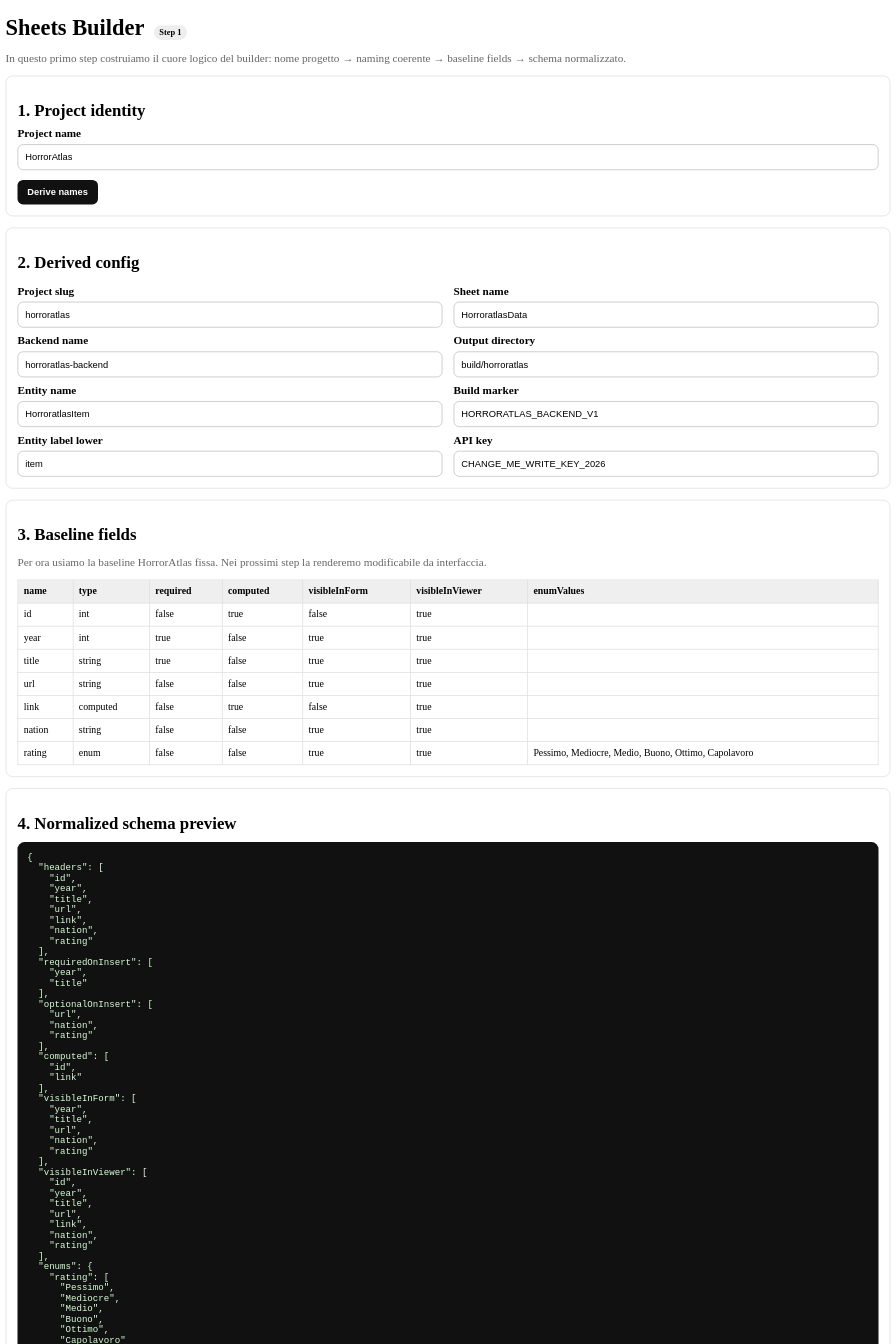
Repository: progettazionemauro/sheets.builder
Page: docs/index.html
These files come from the project's save history. The page is drawn as it stood at one moment and after a run of saves; the edit follows.
The browser window is 1280 px wide. The pictures show the part of the page from y = 0 to 1920 px (the page is 3423 px tall before and 1197 px after), at 70% of full size.

Above is the page before, as saved 2026-03-19 22:06:03.

### docs/index.html
<!DOCTYPE html>
<html lang="it">
<head>
  <meta charset="UTF-8" />
  <meta name="viewport" content="width=device-width, initial-scale=1.0" />
  <title>Sheets Builder — Step 1</title>
  <style>
    <div class="card">
  <h2>6. Generate project (JSON only)</h2>

  <button id="generateBtn">Generate JSON files</button>

  <p class="muted">
    Questo step genera i primi artefatti del builder:
    project.config.json e fields.schema.json
  </p>
</div>
    body {
      font-family: Arial, sans-serif;
      max-width: 1100px;
      margin: 24px auto;
      padding: 0 16px;
      background: #f7f7f7;
      color: #111;
    }

    h1, h2 {
      margin-bottom: 8px;
    }

    .muted {
      color: #666;
    }

    .card {
      background: #fff;
      border: 1px solid #ddd;
      border-radius: 10px;
      padding: 16px;
      margin: 16px 0;
    }

    label {
      display: block;
      margin: 10px 0 6px;
      font-weight: bold;
    }

    input, textarea {
      width: 100%;
      box-sizing: border-box;
      padding: 10px;
      border: 1px solid #bbb;
      border-radius: 8px;
      background: #fff;
    }

    button {
      margin-top: 14px;
      padding: 10px 14px;
      border: 0;
      border-radius: 8px;
      background: #111;
      color: #fff;
      font-weight: bold;
      cursor: pointer;
    }

    .grid {
      display: grid;
      grid-template-columns: 1fr 1fr;
      gap: 16px;
    }

    pre {
      background: #111;
      color: #d8ffd8;
      padding: 14px;
      border-radius: 10px;
      overflow: auto;
      white-space: pre-wrap;
    }

    table {
      width: 100%;
      border-collapse: collapse;
      margin-top: 10px;
      background: #fff;
    }

    th, td {
      border: 1px solid #ddd;
      padding: 8px;
      font-size: 14px;
      text-align: left;
    }

    th {
      background: #efefef;
    }

    .badge {
      display: inline-block;
      padding: 3px 8px;
      border-radius: 999px;
      background: #eee;
      font-size: 12px;
      margin-left: 6px;
    }
  </style>
</head>
<body>

  <h1>Sheets Builder <span class="badge">Step 1</span></h1>
  <p class="muted">
    In questo primo step costruiamo il cuore logico del builder:
    nome progetto → naming coerente → baseline fields → schema normalizzato.
  </p>

  <div class="card">
    <h2>1. Project identity</h2>

    <label for="projectName">Project name</label>
    <input id="projectName" value="HorrorAtlas" />

    <button id="deriveBtn" type="button">Derive names</button>
  </div>

  <div class="card">
    <h2>2. Derived config</h2>
    <div class="grid">
      <div>
        <label for="projectSlug">Project slug</label>
        <input id="projectSlug" />

        <label for="backendName">Backend name</label>
        <input id="backendName" />

        <label for="entityName">Entity name</label>
        <input id="entityName" />

        <label for="entityLabelLower">Entity label lower</label>
        <input id="entityLabelLower" />
      </div>

      <div>
        <label for="sheetName">Sheet name</label>
        <input id="sheetName" />

        <label for="outputDirectory">Output directory</label>
        <input id="outputDirectory" />

        <label for="buildMarker">Build marker</label>
        <input id="buildMarker" />

        <label for="apiKey">API key</label>
        <input id="apiKey" value="CHANGE_ME_WRITE_KEY_2026" />
      </div>
    </div>
  </div>

  <div class="card">
    <h2>3. Baseline fields</h2>
    <p class="muted">
      Per ora usiamo la baseline HorrorAtlas fissa. Nei prossimi step la renderemo modificabile da interfaccia.
    </p>

    <table id="fieldsTable">
      <thead>
        <tr>
          <th>name</th>
          <th>type</th>
          <th>required</th>
          <th>computed</th>
          <th>visibleInForm</th>
          <th>visibleInViewer</th>
          <th>enumValues</th>
        </tr>
      </thead>
      <tbody></tbody>
    </table>
  </div>

  <div class="card">
    <h2>4. Normalized schema preview</h2>
    <pre id="schemaOut"></pre>
  </div>

  <div class="card">
    <h2>5. Full builder state preview</h2>
    <pre id="stateOut"></pre>
  </div>

<script>
  // ============================================================
  // STEP 1 — FOUNDATION
  // ============================================================

  function slugify(value) {
    return String(value || "")
      .trim()
      .toLowerCase()
      .replace(/[^a-z0-9]+/g, "-")
      .replace(/^-+|-+$/g, "");
  }

  function screamingSnake(value) {
    return slugify(value).replace(/-/g, "_").toUpperCase();
  }

  function pascalCase(value) {
    return String(value || "")
      .replace(/[^a-zA-Z0-9]+/g, " ")
      .split(" ")
      .filter(Boolean)
      .map(part => part.charAt(0).toUpperCase() + part.slice(1).toLowerCase())
      .join("");
  }

  function buildDerived(projectName) {
    const slug = slugify(projectName) || "project";
    const entityBase = pascalCase(projectName || "Project") || "Project";

    return {
      projectName: projectName,
      projectSlug: slug,
      backendName: slug + "-backend",
      entityName: entityBase + "Item",
      entityLabelLower: "item",
      sheetName: entityBase + "Data",
      outputDirectory: "build/" + slug,
      buildMarker: screamingSnake(projectName || "project") + "_BACKEND_V1"
    };
  }

  const baselineFields = [
    {
      name: "id",
      type: "int",
      required: false,
      computed: true,
      visibleInForm: false,
      visibleInViewer: true,
      enumValues: []
    },
    {
      name: "year",
      type: "int",
      required: true,
      computed: false,
      visibleInForm: true,
      visibleInViewer: true,
      enumValues: []
    },
    {
      name: "title",
      type: "string",
      required: true,
      computed: false,
      visibleInForm: true,
      visibleInViewer: true,
      enumValues: []
    },
    {
      name: "url",
      type: "string",
      required: false,
      computed: false,
      visibleInForm: true,
      visibleInViewer: true,
      enumValues: []
    },
    {
      name: "link",
      type: "computed",
      required: false,
      computed: true,
      visibleInForm: false,
      visibleInViewer: true,
      enumValues: []
    },
    {
      name: "nation",
      type: "string",
      required: false,
      computed: false,
      visibleInForm: true,
      visibleInViewer: true,
      enumValues: []
    },
    {
      name: "rating",
      type: "enum",
      required: false,
      computed: false,
      visibleInForm: true,
      visibleInViewer: true,
      enumValues: [
        "Pessimo",
        "Mediocre",
        "Medio",
        "Buono",
        "Ottimo",
        "Capolavoro"
      ]
    }
  ];

  function normalizeSchema(fields) {
    const headers = [];
    const requiredOnInsert = [];
    const optionalOnInsert = [];
    const computed = [];
    const enumMap = {};
    const visibleInForm = [];
    const visibleInViewer = [];

    fields.forEach(field => {
      headers.push(field.name);

      if (field.computed) {
        computed.push(field.name);
      } else if (field.required) {
        requiredOnInsert.push(field.name);
      } else {
        optionalOnInsert.push(field.name);
      }

      if (field.visibleInForm) {
        visibleInForm.push(field.name);
      }

      if (field.visibleInViewer) {
        visibleInViewer.push(field.name);
      }

      if (field.type === "enum" && field.enumValues.length > 0) {
        enumMap[field.name] = field.enumValues;
      }
    });

    return {
      headers,
      requiredOnInsert,
      optionalOnInsert,
      computed,
      visibleInForm,
      visibleInViewer,
      enums: enumMap
    };
  }

  function getBuilderState() {
    return {
      projectName: document.getElementById("projectName").value.trim(),
      projectSlug: document.getElementById("projectSlug").value.trim(),
      backendName: document.getElementById("backendName").value.trim(),
      entityName: document.getElementById("entityName").value.trim(),
      entityLabelLower: document.getElementById("entityLabelLower").value.trim(),
      sheetName: document.getElementById("sheetName").value.trim(),
      outputDirectory: document.getElementById("outputDirectory").value.trim(),
      buildMarker: document.getElementById("buildMarker").value.trim(),
      apiKey: document.getElementById("apiKey").value.trim(),
      fields: baselineFields
    };
  }

  function renderFieldsTable(fields) {
    const tbody = document.querySelector("#fieldsTable tbody");
    tbody.innerHTML = "";

    fields.forEach(field => {
      const tr = document.createElement("tr");
      tr.innerHTML = `
        <td>${field.name}</td>
        <td>${field.type}</td>
        <td>${field.required}</td>
        <td>${field.computed}</td>
        <td>${field.visibleInForm}</td>
        <td>${field.visibleInViewer}</td>
        <td>${field.enumValues.join(", ")}</td>
      `;
      tbody.appendChild(tr);
    });
  }

  function renderAll() {
    const state = getBuilderState();
    const schema = normalizeSchema(state.fields);

    document.getElementById("schemaOut").textContent =
      JSON.stringify(schema, null, 2);

    document.getElementById("stateOut").textContent =
      JSON.stringify(state, null, 2);

    renderFieldsTable(state.fields);
  }

  function deriveNames() {
    const projectName = document.getElementById("projectName").value.trim();
    const derived = buildDerived(projectName);

    document.getElementById("projectSlug").value = derived.projectSlug;
    document.getElementById("backendName").value = derived.backendName;
    document.getElementById("entityName").value = derived.entityName;
    document.getElementById("entityLabelLower").value = derived.entityLabelLower;
    document.getElementById("sheetName").value = derived.sheetName;
    document.getElementById("outputDirectory").value = derived.outputDirectory;
    document.getElementById("buildMarker").value = derived.buildMarker;

    renderAll();
  }

  function downloadFile(filename, content) {
  const blob = new Blob([content], { type: "application/json" });
  const url = URL.createObjectURL(blob);

  const a = document.createElement("a");
  a.href = url;
  a.download = filename;
  a.click();

  URL.revokeObjectURL(url);
}

function generateProjectFiles() {
  const state = getBuilderState();
  const schema = normalizeSchema(state.fields);

  // File 1 — project config
  const projectConfig = {
    projectName: state.projectName,
    projectSlug: state.projectSlug,
    backendName: state.backendName,
    entityName: state.entityName,
    entityLabelLower: state.entityLabelLower,
    sheetName: state.sheetName,
    outputDirectory: state.outputDirectory,
    buildMarker: state.buildMarker,
    apiKey: state.apiKey,
    generatedAt: new Date().toISOString()
  };

  // File 2 — schema
  const fieldSchema = {
    headers: schema.headers,
    requiredOnInsert: schema.requiredOnInsert,
    optionalOnInsert: schema.optionalOnInsert,
    computed: schema.computed,
    visibleInForm: schema.visibleInForm,
    visibleInViewer: schema.visibleInViewer,
    enums: schema.enums
  };

  // Download
  downloadFile("project.config.json", JSON.stringify(projectConfig, null, 2));
  downloadFile("fields.schema.json", JSON.stringify(fieldSchema, null, 2));
}

  document.getElementById("deriveBtn").addEventListener("click", deriveNames);
  document.getElementById("projectName").addEventListener("input", deriveNames);

  deriveNames();
</script>

</body>
</html>

After the next 2 saves:
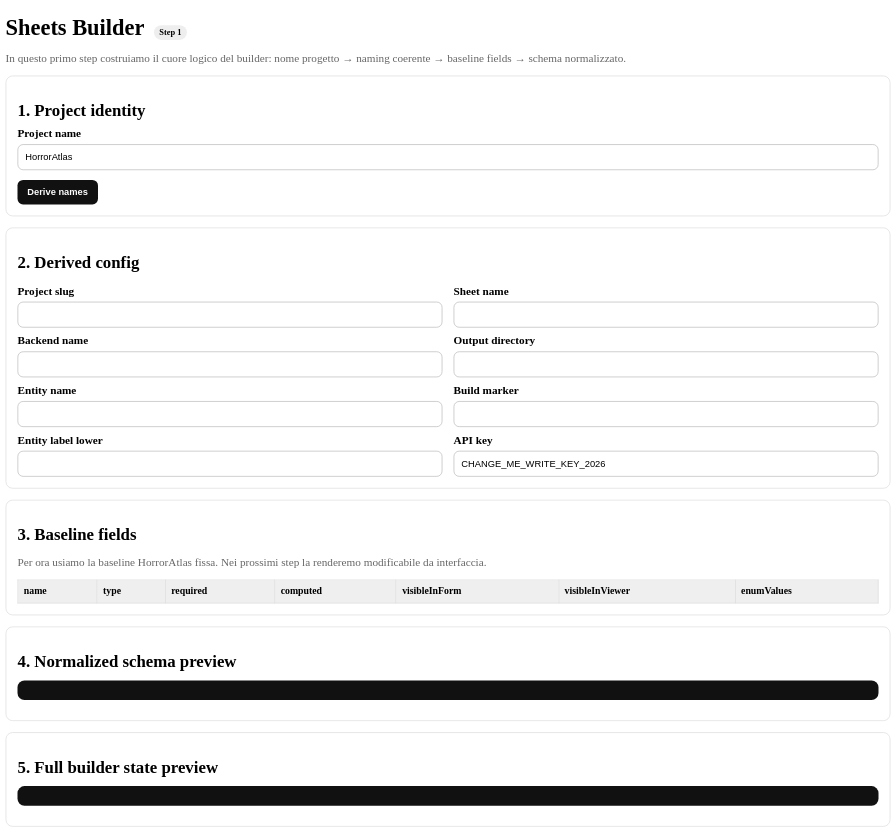
Console error: TypeError: Cannot read properties of null (reading 'addEventListener')
The 2 saves are shown as one change because they came seconds apart.
The last was saved 78 s later.
--- a/docs/index.html
+++ b/docs/index.html
@@ -460,6 +460,9 @@ function generateProjectFiles() {
 
   document.getElementById("deriveBtn").addEventListener("click", deriveNames);
   document.getElementById("projectName").addEventListener("input", deriveNames);
+  document
+  .getElementById("generateBtn")
+  .addEventListener("click", generateProjectFiles);
 
   deriveNames();
 </script>

After the 3 saves that followed:
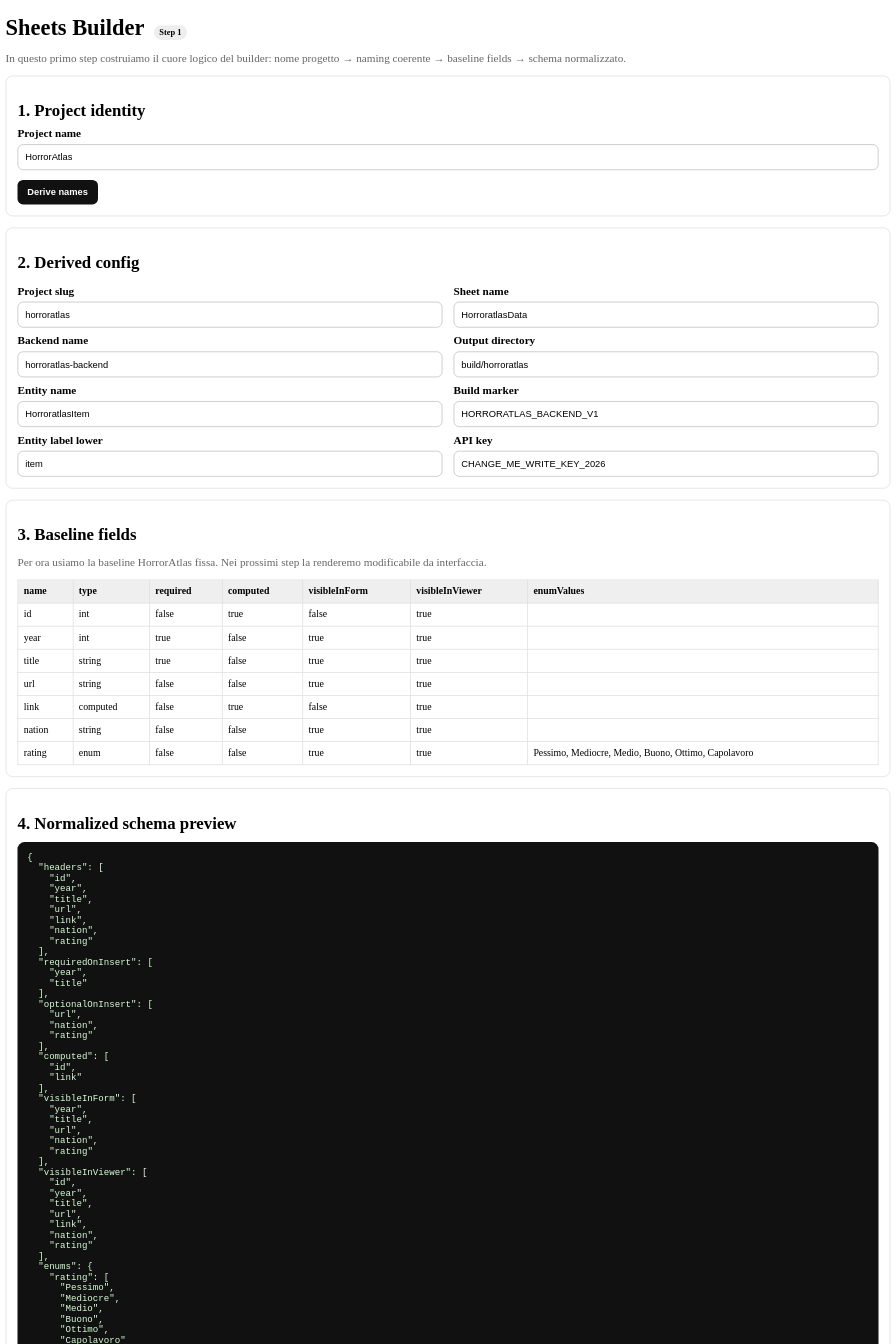
The error is gone.
The 3 saves are shown as one change because they came seconds apart.
The last was saved 5 min 20 s later.
--- a/docs/index.html
+++ b/docs/index.html
@@ -191,6 +191,17 @@
     <pre id="stateOut"></pre>
   </div>
 
+  <div class="card">
+  <h2>6. Generate project (JSON only)</h2>
+
+  <button id="generateBtn">Generate JSON files</button>
+
+  <p class="muted">
+    Questo step genera i primi artefatti del builder:
+    project.config.json e fields.schema.json
+  </p>
+</div>
+
 <script>
   // ============================================================
   // STEP 1 — FOUNDATION
